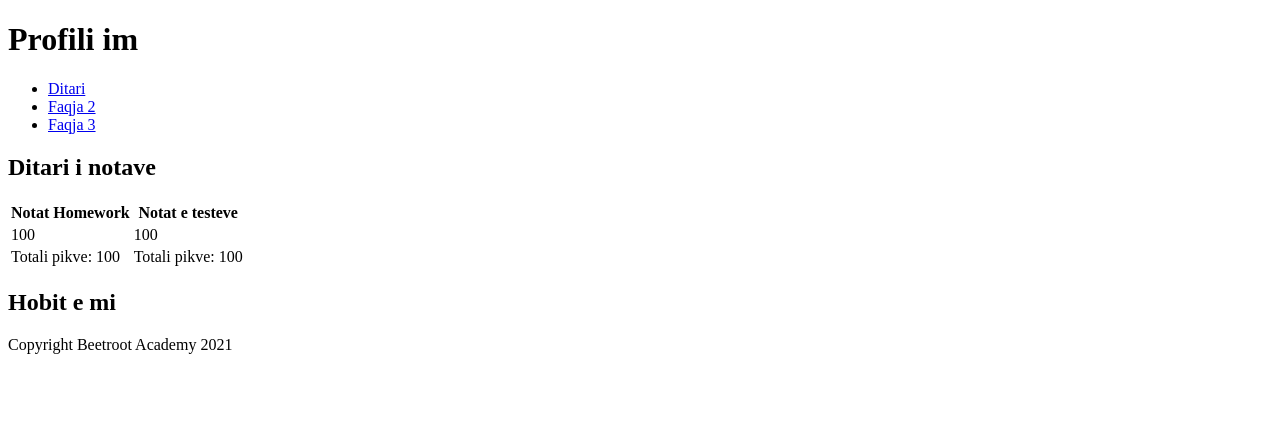
Repository: lendk/beetroot-fe-g1
Page: 02/index.html
The author's editor kept a copy of each file at every save. The page is drawn from the files as they stood at one save, then again after the next save.
The browser window is 1280 px wide. The pictures show the whole page.

Above is the page before, as saved 2021-01-16 10:00:23.

### 02/index.html
<!DOCTYPE html>

<html>

<head>
  <title>Ligjerata 2/3 Html5</title>
</head>

<body>
  <header id="main-header">
    <h1>Profili im</h1>
    <ul>
      <li><a href="#ditari">Ditari</a></li>
      <li><a href="#">Faqja 2</a></li>
      <li><a href="#">Faqja 3</a></li>
    </ul>
  </header>
  <main class="main-content main-content-home">
    <section id="ditari">
      <h2>Ditari i notave</h2>
      <table>
        <thead>
          <tr>
            <th>Notat Homework</th>
            <th>Notat e testeve</th>
          </tr>
        </thead>
        <tbody>
          <tr>
            <td>100</td>
            <td>100</td>
          </tr>
        </tbody>
        <tfoot>
          <td>Totali pikve: 100</td>
          <td>Totali pikve: 100</td>
        </tfoot>
      </table>
    </section>
    <section id="hobbies">
      <h2>Hobit e mi</h2>
      <article>

      </article>
    </section>
  </main>
  <footer>
    <span>Copyright Beetroot Academy 2021</span>
  </footer>

</body>

</html>

After the next save:
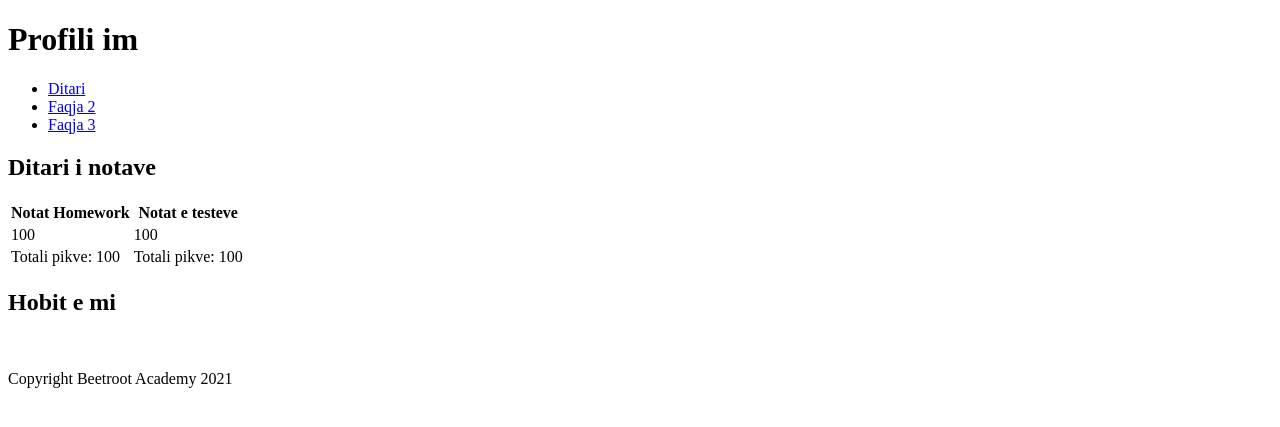
Saved 60 s later.
--- a/02/index.html
+++ b/02/index.html
@@ -40,7 +40,9 @@
     <section id="hobbies">
       <h2>Hobit e mi</h2>
       <article>
-
+        <h3></h3>
+        <img src="" alt="">
+        <p></p>
       </article>
     </section>
   </main>
